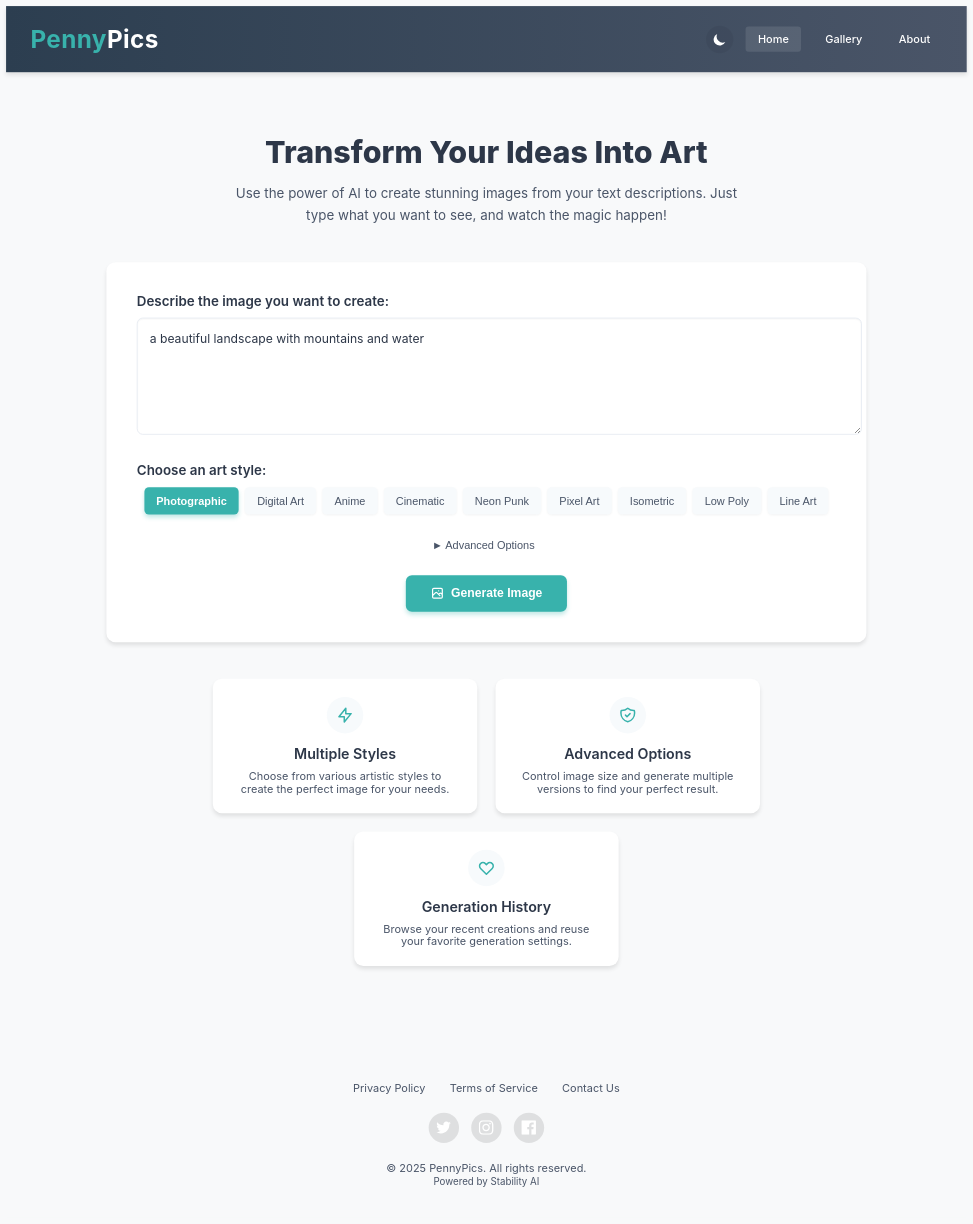
Repository: b0ase/pennypics
Page: /
The author's editor kept a copy of each file at every save. The page is drawn from the files as they stood at one save, then again after the next save.
The browser window is 1280 px wide. The pictures show the whole page, at 76% of full size.
The project was rebuilt for these pictures with package versions that can differ from the ones it lists, and the page was loaded fresh each time. The framework's server and built-in components were replaced by stand-ins that run in the browser. Also part of the build but not shown: next.config.js.

Above is the page before, as saved 2025-04-10 13:59:17.

After the next save:
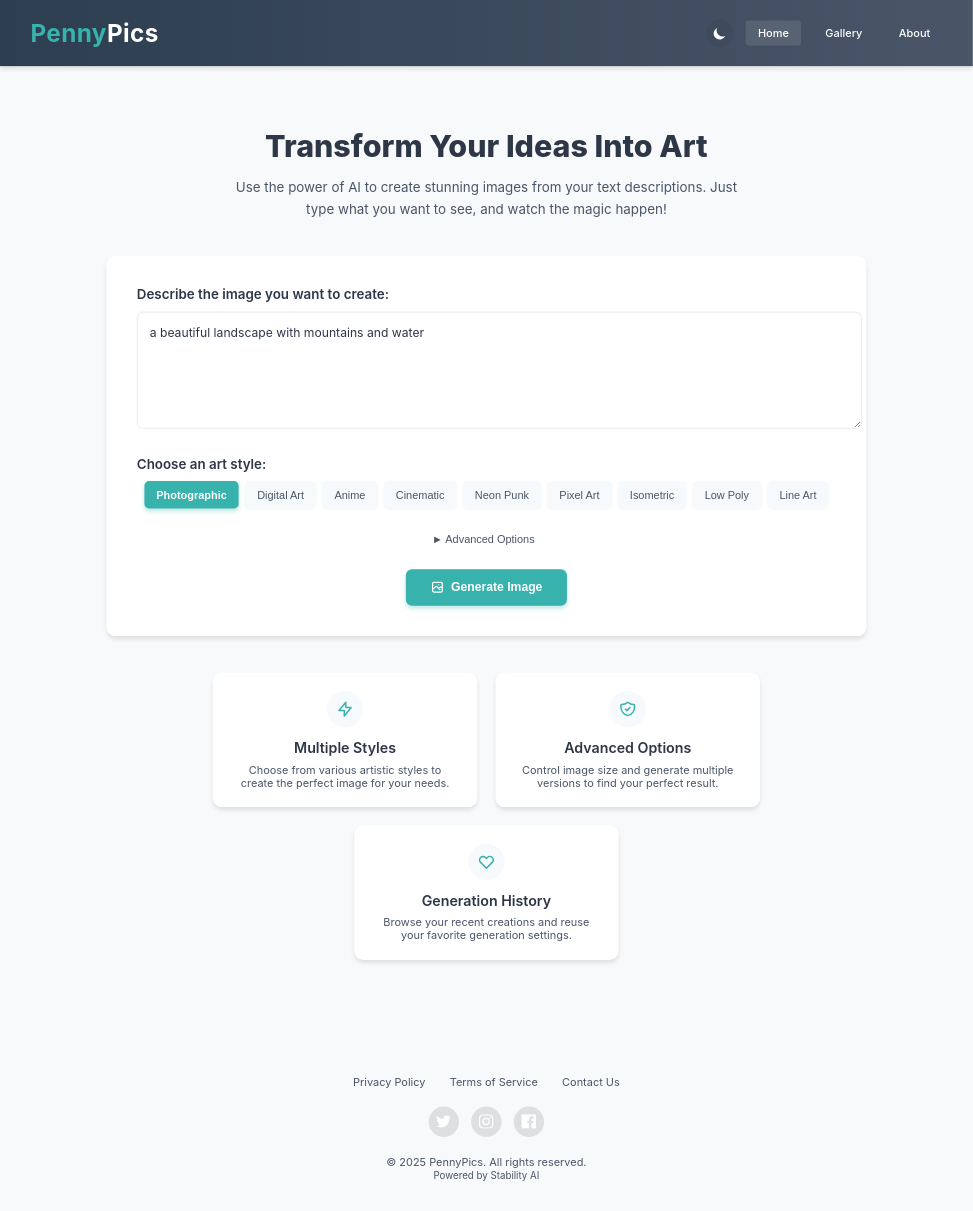
Saved 109 s later.
--- a/pages/_app.js
+++ b/pages/_app.js
@@ -8,20 +8,26 @@ function MyApp({ Component, pageProps }) {
 
   // Check for saved user preference or system preference on initial load
   useEffect(() => {
-    const savedMode = localStorage.getItem('darkMode');
-    if (savedMode !== null) {
-      setDarkMode(savedMode === 'true');
-    } else {
-      // Check system preference
-      const prefersDark = window.matchMedia('(prefers-color-scheme: dark)').matches;
-      setDarkMode(prefersDark);
+    // Only run on client-side
+    if (typeof window !== 'undefined') {
+      const savedMode = localStorage.getItem('darkMode');
+      if (savedMode !== null) {
+        setDarkMode(savedMode === 'true');
+      } else {
+        // Check system preference
+        const prefersDark = window.matchMedia('(prefers-color-scheme: dark)').matches;
+        setDarkMode(prefersDark);
+      }
     }
   }, []);
 
   // Update localStorage when dark mode changes
   useEffect(() => {
-    localStorage.setItem('darkMode', darkMode);
-    document.body.classList.toggle('dark-mode', darkMode);
+    // Only run on client-side
+    if (typeof window !== 'undefined') {
+      localStorage.setItem('darkMode', darkMode);
+      document.body.classList.toggle('dark-mode', darkMode);
+    }
   }, [darkMode]);
 
   const toggleDarkMode = () => {
@@ -52,12 +58,16 @@ function MyApp({ Component, pageProps }) {
 
           --header-bg: ${darkMode ? 'linear-gradient(90deg, #1a202c, #2d3748)' : 'linear-gradient(90deg, #2c3e50, #4a5568)'};
           --card-shadow: ${darkMode ? '0 4px 6px rgba(0, 0, 0, 0.3)' : '0 4px 6px rgba(0, 0, 0, 0.1)'};
+          --footer-bg: ${darkMode ? '#1a202c' : '#2c3e50'};
+          --footer-text: ${darkMode ? '#a0aec0' : '#cbd5e0'};
         }
 
         body {
           background-color: var(--bg-primary);
           color: var(--text-primary);
           transition: background-color 0.3s ease, color 0.3s ease;
+          margin: 0;
+          padding: 0;
         }
 
         @keyframes spin {
